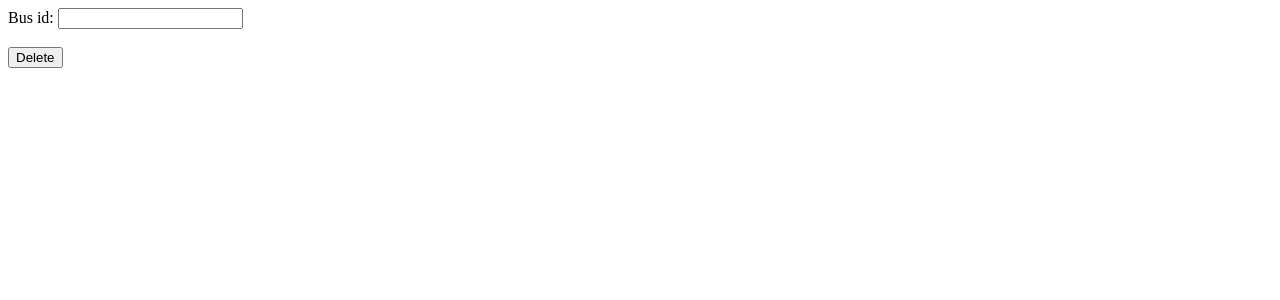
Repository: gummabhargavi/DynWebEjBPoject-AND-server
Page: DynWebEjbBusProject/WebContent/DeleteBus.html
The author's editor kept a copy of each file at every save. The page is drawn from the files as they stood at one save, then again after the next save.
The browser window is 1280 px wide. The pictures show the whole page.

Above is the page before, as saved 2022-12-07 12:23:17.

### DynWebEjbBusProject/WebContent/DeleteBus.html
<!DOCTYPE html>
<html>
<head>
<meta charset="ISO-8859-1">
<title>Insert title here</title>
</head>
<body>
    <form action="DeleteBusServlet">
    Bus id:
      <input type="text" name="bus_id" ><br/><br/>
      <input type="submit" value="Delete" >
   </form>

</body>
</html>

After the next save:
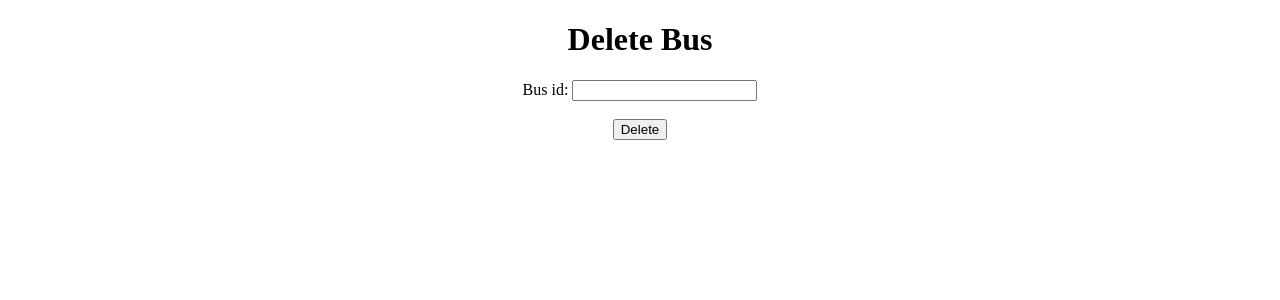
Saved 55 s later.
--- a/DynWebEjbBusProject/WebContent/DeleteBus.html
+++ b/DynWebEjbBusProject/WebContent/DeleteBus.html
@@ -6,9 +6,12 @@
 </head>
 <body>
     <form action="DeleteBusServlet">
+    <center>
+    <h1>Delete Bus</h1>
     Bus id:
       <input type="text" name="bus_id" ><br/><br/>
       <input type="submit" value="Delete" >
+    </center>
    </form>
 
 </body>
